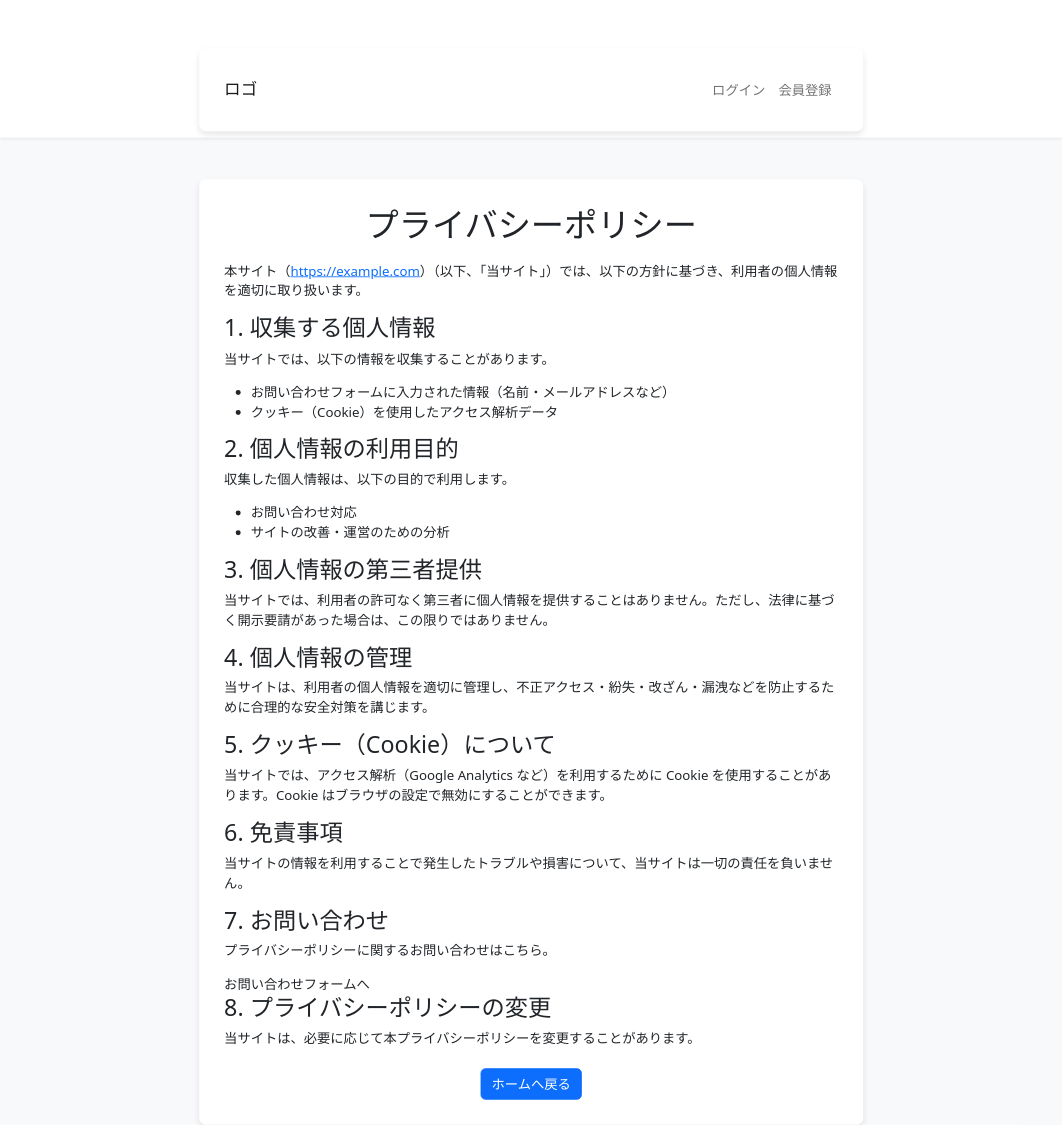
Repository: masa1228ew/original
Page: http://localhost/auth/privacy
An editor plug-in stored every save of this project. The page is shown before and after the next save, followed by the edit.
The browser window is 1280 px wide. The pictures show the whole page, at 83% of full size.
The page is this project's Thymeleaf template; nobody is signed in. The template is opened directly, without the code that normally fills it, so the values that code supplies are empty.

Above is the page before, as saved 2025-02-21 14:42:31.

### original/original/src/main/resources/templates/auth/privacy.html
<!DOCTYPE html>
<html lang="ja">
<head>
    <meta charset="UTF-8">
    <meta name="viewport" content="width=device-width, initial-scale=1">
    <title>プライバシーポリシー</title>
    <link href="https://cdn.jsdelivr.net/npm/bootstrap@5.2.3/dist/css/bootstrap.min.css" rel="stylesheet">
    <style>
        body {
            background-color: #f8f9fa;
        }
        .container {
            max-width: 800px;
            background: white;
            padding: 30px;
            margin-top: 50px;
            border-radius: 8px;
            box-shadow: 0 4px 8px rgba(0, 0, 0, 0.1);
        }
        h1 {
            text-align: center;
            margin-bottom: 20px;
        }
    </style>
</head>
<body>
	<div class="wrapper">
		 <div th:replace="~{fragment :: header}"></div>
		<main>
    <div class="container">
<!--		<div>-->
        <h1>プライバシーポリシー</h1>

        <p>本サイト（<a href="https://example.com">https://example.com</a>）（以下、「当サイト」）では、以下の方針に基づき、利用者の個人情報を適切に取り扱います。</p>

        <h3>1. 収集する個人情報</h3>
        <p>当サイトでは、以下の情報を収集することがあります。</p>
        <ul>
            <li>お問い合わせフォームに入力された情報（名前・メールアドレスなど）</li>
            <li>クッキー（Cookie）を使用したアクセス解析データ</li>
        </ul>

        <h3>2. 個人情報の利用目的</h3>
        <p>収集した個人情報は、以下の目的で利用します。</p>
        <ul>
            <li>お問い合わせ対応</li>
            <li>サイトの改善・運営のための分析</li>
        </ul>

        <h3>3. 個人情報の第三者提供</h3>
        <p>当サイトでは、利用者の許可なく第三者に個人情報を提供することはありません。ただし、法律に基づく開示要請があった場合は、この限りではありません。</p>

        <h3>4. 個人情報の管理</h3>
        <p>当サイトは、利用者の個人情報を適切に管理し、不正アクセス・紛失・改ざん・漏洩などを防止するために合理的な安全対策を講じます。</p>

        <h3>5. クッキー（Cookie）について</h3>
        <p>当サイトでは、アクセス解析（Google Analytics など）を利用するために Cookie を使用することがあります。Cookie はブラウザの設定で無効にすることができます。</p>

        <h3>6. 免責事項</h3>
        <p>当サイトの情報を利用することで発生したトラブルや損害について、当サイトは一切の責任を負いません。</p>

        <h3>7. お問い合わせ</h3>
        <p>プライバシーポリシーに関するお問い合わせはこちら。</p>
				<a class="nav-link" th:href="@{/inquiry}">お問い合わせフォームへ</a>



        <h3>8. プライバシーポリシーの変更</h3>
        <p>当サイトは、必要に応じて本プライバシーポリシーを変更することがあります。</p>

        <div class="text-center mt-4">
            <a href="/" class="btn btn-primary">ホームへ戻る</a>
        </div>
    </div>
		</main>
	</div>
 <script th:src="@{/js/logout.js}" ></script>
    <script src="https://cdn.jsdelivr.net/npm/bootstrap@5.2.3/dist/js/bootstrap.bundle.min.js"></script>
</body>
</html>

### original/original/src/main/resources/templates/fragment.html
<!DOCTYPE html>
<html  xmlns:th="https://www.thymeleaf.org">
	<head>
		 <div th:fragment="meta" th:remove="tag">
             <meta charset="UTF-8">
             <meta name="viewport" content="width=device-width, initial-scale=1">
         </div>

         <div th:fragment="header" th:remove="tag">
          <nav class="navbar navbar-expand-md navbar-light bg-white shadow-sm samuraitravel-navbar">
    <div class="container samuraitravel-container">
        <a class="navbar-brand" th:href="@{/}">ロゴ</a>

<!-- ハンバーガーボタン -->
<button class="navbar-toggler" type="button" data-bs-toggle="collapse" data-bs-target="#navbarSupportedContent"
        aria-controls="navbarSupportedContent" aria-expanded="false" aria-label="Toggle navigation">
    <span class="navbar-toggler-icon"></span>
</button>

<!-- メニュー部分 -->
<div class="collapse navbar-collapse" id="navbarSupportedContent">
    <ul class="navbar-nav ms-auto">
        <li class="nav-item" sec:authorize="isAnonymous()">
            <a class="nav-link" th:href="@{/login}">ログイン</a>
        </li>
        <li class="nav-item" sec:authorize="isAnonymous()">
            <a class="nav-link" th:href="@{/signup}">会員登録</a>
        </li>
    </ul>
</div>

                <!-- ✅ ログイン時のメニュー -->
                <li class="nav-item dropdown d-none d-md-block" sec:authorize="isAuthenticated()">
                    <a class="nav-link dropdown-toggle" href="#" id="navbarDropdownGeneral" role="button" data-bs-toggle="dropdown" aria-expanded="false">
                        メニュー
                    </a>
                    <ul class="dropdown-menu dropdown-menu-end" aria-labelledby="navbarDropdownGeneral">
                        <li>
                            <a class="dropdown-item" href="#" data-bs-toggle="modal" data-bs-target="#logoutModal">ログアウト</a>
                        </li>
                        <li>
                            <a class="dropdown-item" th:href="@{/privacy}">プライバシーポリシー</a>
                        </li>
                        <li>
                            <a class="dropdown-item" th:href="@{/inquiry}">お問い合わせ</a>
                        </li>
                    </ul>
                </li>
            </ul>
             <div class="modal fade" id="logoutModal" tabindex="-1" aria-labelledby="logoutModalLabel" aria-hidden="true">
                    <div class="modal-dialog">
                        <div class="modal-content">
                            <div class="modal-header">
                                <h5 class="modal-title" id="logoutModalLabel">ログアウト確認</h5>
                                <button type="button" class="btn-close" data-bs-dismiss="modal" aria-label="閉じる"></button>
                            </div>
                            <div class="modal-body">
                                本当にログアウトしますか？
                            </div>
                            <div class="modal-footer">
                                <button type="button" class="btn btn-secondary" data-bs-dismiss="modal">キャンセル</button>
                                <button id="confirmLogout" class="btn btn-danger">ログアウト</button>
                            </div>
                        </div>
                    </div>
        </div>
    </div>
</nav>
        </div>
	</head>
	<body>
		 <div th:fragment="scripts" th:remove="tag">
           <!-- Bootstrap -->
           <script src="https://cdn.jsdelivr.net/npm/bootstrap@5.2.3/dist/js/bootstrap.bundle.min.js" integrity="sha384-kenU1KFdBIe4zVF0s0G1M5b4hcpxyD9F7jL+jjXkk+Q2h455rYXK/7HAuoJl+0I4" crossorigin="anonymous"></script>

       </div>
	</body>
</html>

### original/original/src/main/resources/static/js/logout.js
document.addEventListener("DOMContentLoaded", function () {
    // ✅ ログアウトボタンの処理
    const logoutButton = document.getElementById("confirmLogout");
    if (logoutButton) {
        logoutButton.addEventListener("click", function () {
            document.getElementById("logout-form").submit();
        });
    } else {
        console.error("confirmLogout ボタンが見つかりません！");
    }

    // ✅ ハンバーガーメニューの開閉処理（jQuery なし）
    const menuButton = document.querySelector(".navbar-toggler");
    const menuContent = document.getElementById("navbarSupportedContent");

    if (menuButton && menuContent) {
        menuButton.addEventListener("click", function () {
            menuContent.classList.toggle("show");
        });
    }
});

document.addEventListener("DOMContentLoaded", function () {
    const logoutButton = document.getElementById("confirmLogout");
    if (logoutButton) {
        logoutButton.addEventListener("click", function () {
            document.getElementById("logout-form").submit();
        });
    } else {
        console.error("confirmLogout ボタンが見つかりません！");
    }
});

After the next save:
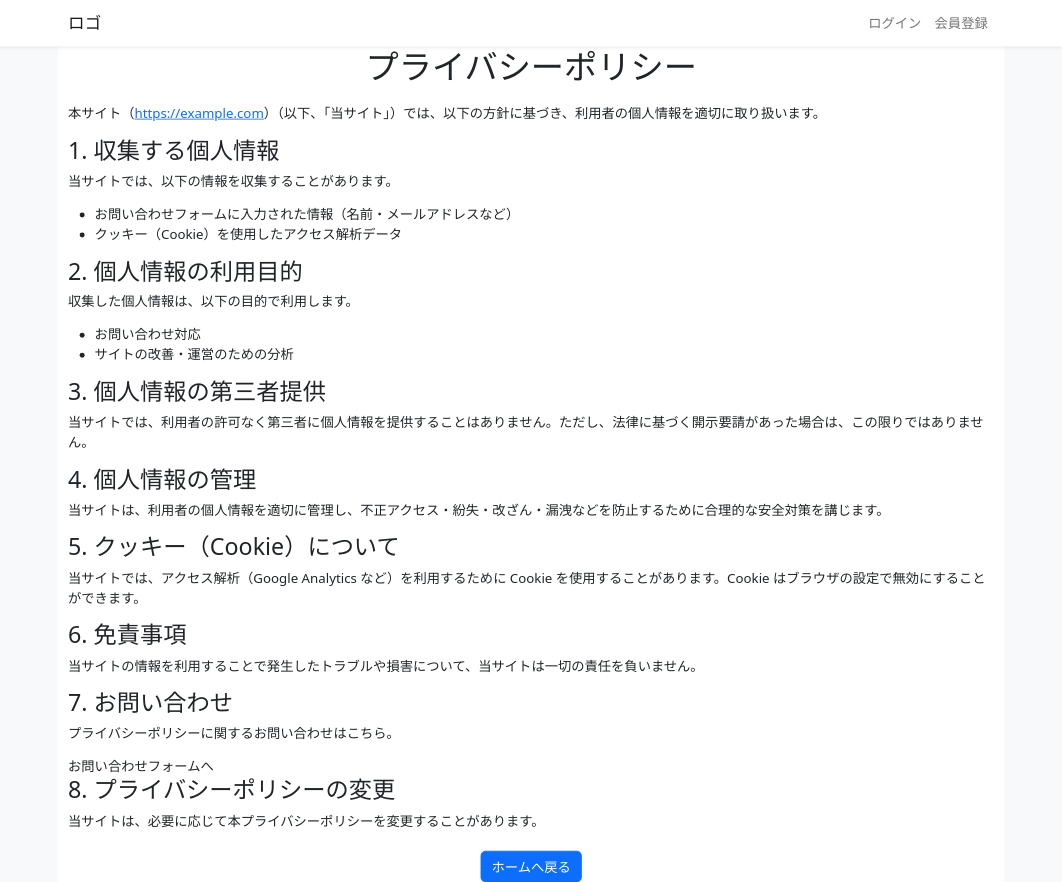
Saved 20 h 12 min later.
--- a/original/original/src/main/resources/templates/auth/privacy.html
+++ b/original/original/src/main/resources/templates/auth/privacy.html
@@ -10,12 +10,7 @@
             background-color: #f8f9fa;
         }
         .container {
-            max-width: 800px;
-            background: white;
-            padding: 30px;
-            margin-top: 50px;
-            border-radius: 8px;
-            box-shadow: 0 4px 8px rgba(0, 0, 0, 0.1);
+             background: white;
         }
         h1 {
             text-align: center;
